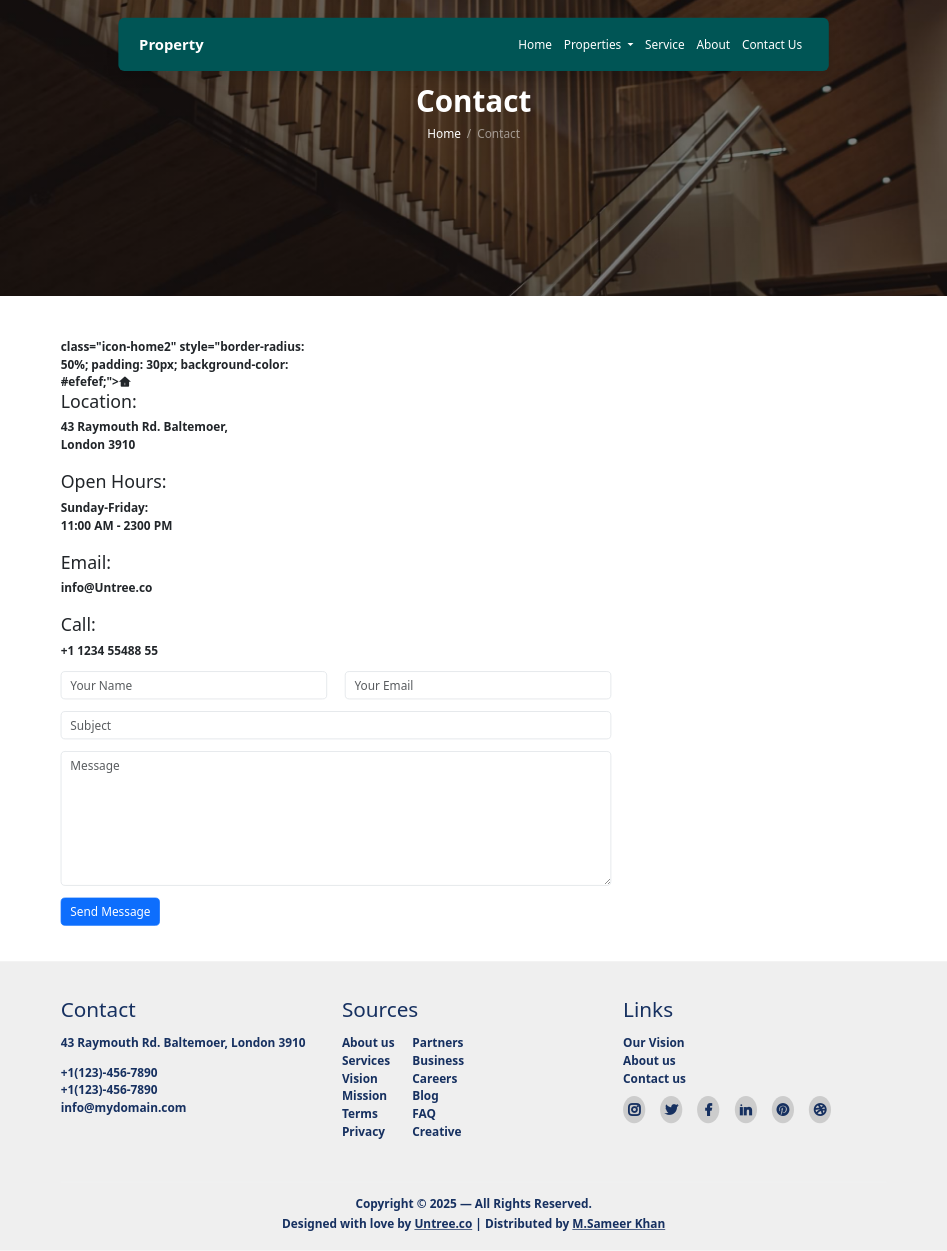
Repository: sameerrrrkhan911-git/Property
Page: contact.html
An editor plug-in stored every save of this project. The page is shown before and after a run of saves, followed by the edit.
The browser window is 1280 px wide. The pictures show the whole page, at 74% of full size.
Some icons come from a web library that is not loaded, so they are not drawn. Some web libraries are served in a nearby version.

Above is the page before, as saved 2025-09-28 18:58:22.
Console error: TypeError: Cannot read properties of undefined (reading 'length')

After the next 2 saves:
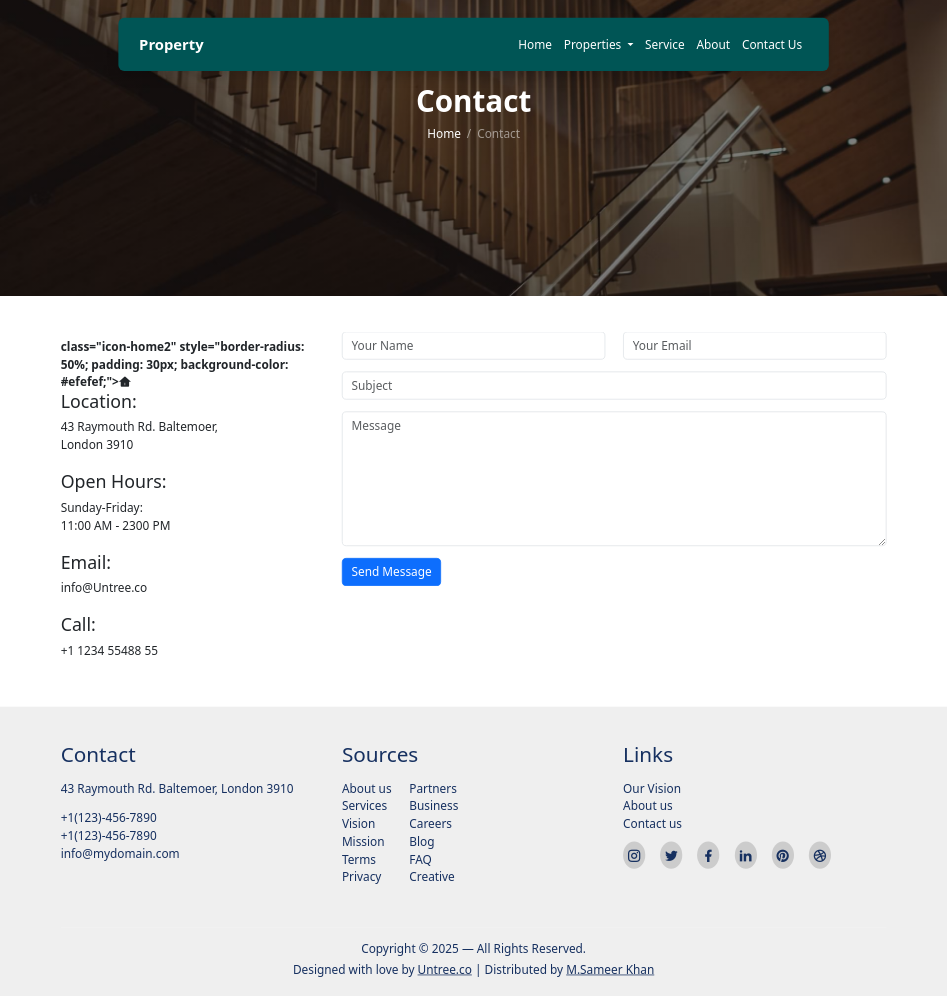
The 2 saves are shown as one change because they came seconds apart.
The last was saved 5 s later.
--- a/contact.html
+++ b/contact.html
@@ -103,7 +103,7 @@
               <div class="address mt-2">
 
                   <b> class="icon-home2" style="border-radius: 50%; padding: 30px; background-color: #efefef;"><i
-                      class="ri-home-4-fill"></i></span>
+                      class="ri-home-4-fill"></i></b>
 
                 <h4 class="mb-2">Location:</h4>
                 <p>
